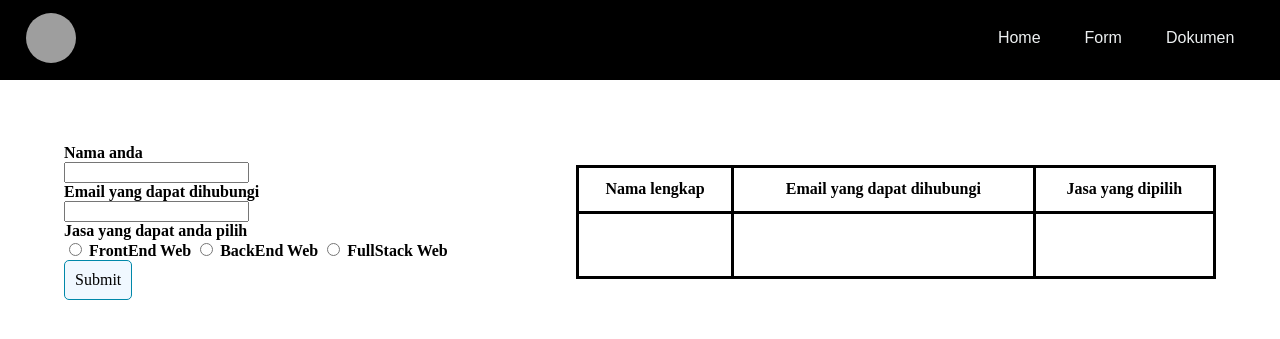
Repository: zecht12/TimModul
Page: TimModul.html
An editor plug-in stored every save of this project. The page is shown before and after a run of saves, followed by the edit.
The browser window is 1280 px wide. The pictures show the whole page.
The pointer rests on the first visible `.Button`.
Pictures or frames that could not be fetched are drawn as grey boxes.

Above is the page before, as saved 2023-03-14 13:35:48.

After the next 2 saves:
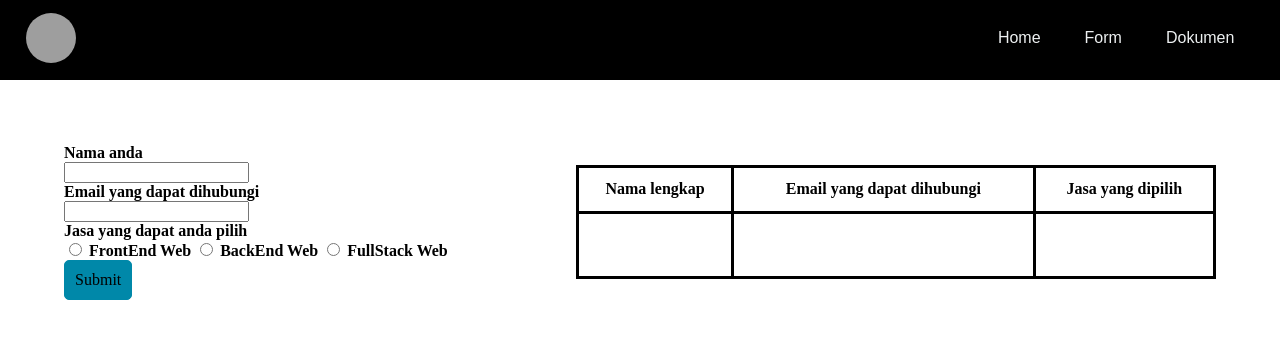
The 2 saves are shown as one change because they came seconds apart.
The last was saved 6 s later.
--- a/style.css
+++ b/style.css
@@ -66,5 +66,5 @@ label {
 }
 .Button:hover{
     border: 1px solid #0088a9;
-    background-color:aliceblue;
+    background-color:#0088a9;
 }
